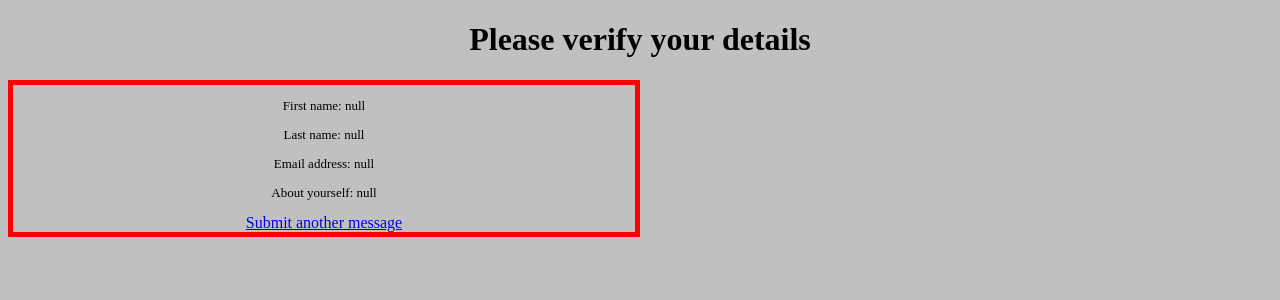
Repository: hornstein-inc/Training
Page: http://localhost/result
These files come from the project's save history. The page is drawn as it stood at one moment and after the next save; the edit follows.
The browser window is 1280 px wide. The pictures show the whole page.
The page is this project's Thymeleaf template; nobody is signed in. The template is opened directly, without the code that normally fills it, so the values that code supplies are empty.

Above is the page before, as saved 2019-04-30 12:59:20.

### Training/gs-handling-form-submission/initial/src/main/resources/templates/result.html
<!DOCTYPE HTML>
<html xmlns:th="http://www.thymeleaf.org">
<link rel="stylesheet" type="text/css" th:href="@{/css/style.css}"/>
<head>
    <title>Getting Started: Handling Form Submission</title>
    <meta http-equiv="Content-Type" content="text/html; charset=UTF-8" />
</head>
<body>
	<h1 class="title">Please verify your details</h1>
	<div class="resultDiv">
	<div class="border">
    <p class="resultText" th:text="'First name: ' + ${greeting.firstName}"/>
    <p class="resultText" th:text="'Last name: ' + ${greeting.LastName}" />
    <p class="resultText" th:text="'Email address: ' + ${greeting.emailAddress}"/>
    <p class="resultText" th:text="'About yourself: ' +${greeting.content}"/>
    <a href="/greeting">Submit another message</a>
	</div>
	</div>
</body>
</html>

### Training/gs-handling-form-submission/initial/src/main/resources/static/css/style.css
form{
	text-align: center;

}

.title{

	text-align: center;
	font: sans-serif;


}

.subtitle{
	text-align: center;
	font: sans-serif;

}

input{
	padding: 10px;
	margin-top: 10px;
	font-size: medium;
	background-color: teal;
}

.resultDiv{
	text-align: center;
	box-sizing: border-box;
	width: 50%;
	border: 5px solid red;
	float: left;


}

.resultText{
	font: sans-serif;
	font-size: small;
}

.navBar{

	height: 100px;
	width: 100%;
	background-color: navy;
	margin: 0;
	padding: 0;
	float: left;

}

.border{

	border: thin;


}

.navMenu{


}

body{

	background-color: silver;
}

After the next save:
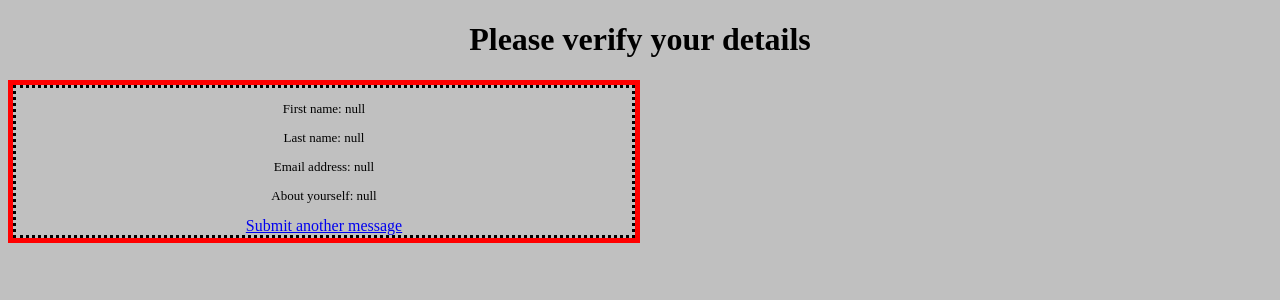
Saved 41 s later.
--- a/Training/gs-handling-form-submission/initial/src/main/resources/static/css/style.css
+++ b/Training/gs-handling-form-submission/initial/src/main/resources/static/css/style.css
@@ -52,7 +52,7 @@ input{
 
 .border{
 
-	border: thin;
+	border-style: dotted;
 
 
 }
